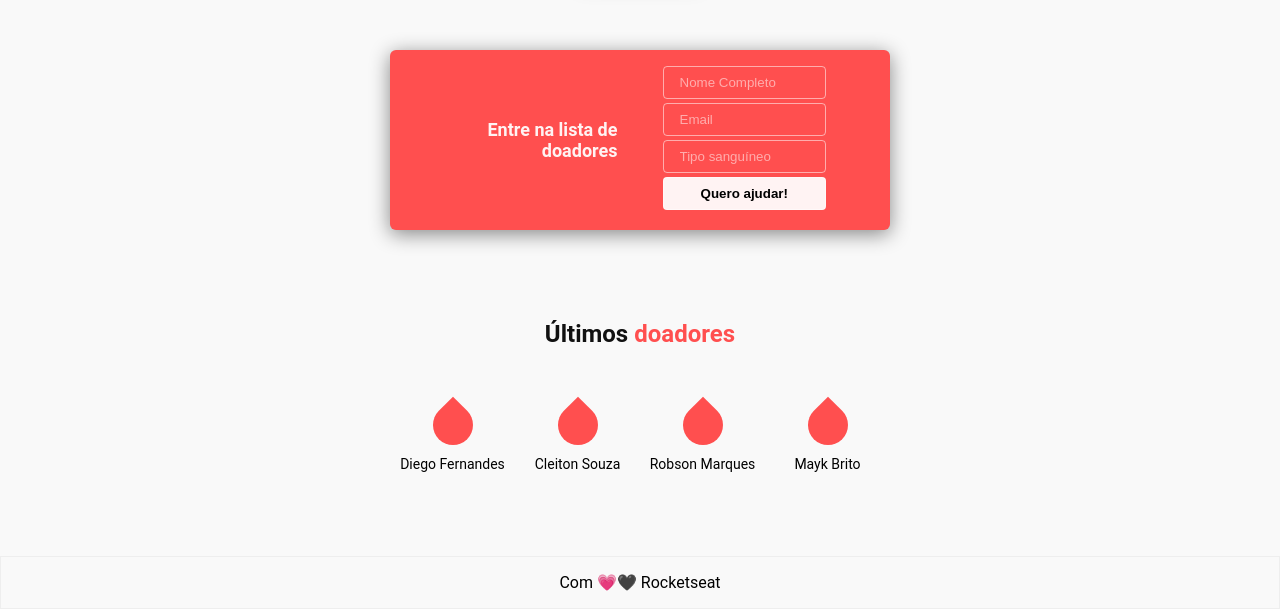
Repository: lucas-silva-dev/Doe
Page: index.html
The author's editor kept a copy of each file at every save. The page is drawn from the files as they stood at one save, then again after a run of saves.
The browser window is 1280 px wide. The pictures show the part of the page from y = 459 to 1068 px (the page is 1068 px tall).
A picture or video elsewhere on the page could not be fetched, so the positions and the page height are approximate. Some web fonts or font styles are not loaded; a fallback is used.

Above is the page before, as saved 2020-02-18 17:38:03.

### index.html
<!DOCTYPE html>
<!-- HTML
  HYPERTEXT
    Texto que contém links para outros documentos

  MARKUP
    Texto conterá marcações
    <tags>

  LANGUAGE
    Para comunicar de certa maneira. Sintaxe específica
-->
<html>

<head>
  <!-- são as configurações da minha página-->
  <title>Doe sangue! Doe vida!</title>

  <link rel="stylesheet" href="style.css">
  <link href="https://fonts.googleapis.com/css?family=Asap|Asap+Condensed&display=swap" rel="stylesheet">

</head>

<body>
  <!-- Aqui vem todo conteúdo visível para o usuário, dentro de certa página-->
  <header>
    <img class="logo" src="logo.png" alt="Imagem de DOE">
    <h2>A sua doação importa</h2>
    <p>Até 3 vidas com 1 doação</p>
    <p>Mais de 38.00 doações são necessárias todos os dias</p>
    <p>Apenas 1.9% da população brasileira, doa sangue</p>
    <button>Quero ajudar!</button>
  </header>

  <section class="form">
    <h2>Entre na lista de doadores</h2>
    <form action="/">
      <input type="text" name="name" placeholder="Nome Completo">
      <input type="text" name="email" placeholder="Email">
      <input type="text" name="blood" placeholder="Tipo sanguíneo">
      <button type="submit">Quero ajudar!</button>
    </form>
  </section>

  <main>
    <h2>Últimos <span>doadores</span></h2>

    <section class="donors">
      <div class="donor">
        <div class="blood">AB+</div>
        <p>Diego Fernandes</p>
      </div>
      <div class="donor">
        <div class="blood">B+</div>
        <p>Cleiton Souza</p>
      </div>
      <div class="donor">
        <div class="blood">A+</div>
        <p>Robson Marques</p>
      </div>
      <div class="donor">
        <div class="blood">O+</div>
        <p>Mayk Brito</p>
      </div>
    </section>
  </main>

  <footer> Com 💗🖤 Rocketseat</footer>
  <script src="scripts.js"></script>
</body>

</html>

### style.css
/*
  CASCADING STYLESHEET
*/

/* GLOBAL */
* {
  /* corrigindo comportamento padrão css */
  box-sizing: border-box;
}

html,
body {
  margin: 0;
  box-sizing: border-box;
}

body {
  display: flex;
  flex-direction: column;
  height: 100vh;

  font-family: "Roboto", sans-serif;
  background-color: #f9f9f9;
}

h1,
h2 {
  color: #000e;
}

/* TITULOS */
header h1,
main h2 {
  margin-bottom: 70px;
}

main h2 span {
  color: #ff4f4f;
}

.form h2 {
  text-align: right;
  color: #fffe;
  font-size: 18px;
}

/* ESTRUTURA */
header,
main,
footer {
  /* alinhamento de textos */
  text-align: center;
}

header,
.form,
main {
  /* espaçamentos com margin */
  margin: 0 auto 70px;

  /* limites dos elementos */
  width: 90%;
  max-width: 500px;
}

/* HEADER */

header button {
  margin-top: 16px;
  padding: 8px 16px;
  border-radius: 4px;
  border: none;

  background-color: #ff4f4f;
  color: #fff;
  font-weight: bold;
  box-shadow: 0px 4px 20px 0 #0004;
}

header button:active {
  background-color: #ff4f2f;
  padding: 12px 20px;
}

.logo {
  width: 120px;
  margin: 70px 0;
}

header p {
  font-size: 14px;
}

/* FORM */
section.form {
  display: grid;
  grid-template-columns: 1fr 1fr;
  align-items: center;
  gap: 45px;

  background-color: #ff4f4f;
  padding: 16px 64px;
  border-radius: 6px;
  box-shadow: 0px 4px 20px 0 #0007;
}

form input,
form button {
  /* largura */
  width: 100%;

  /* espaçamentos */
  margin-bottom: 4px;

  /* preenchimento */
  padding: 8px 16px;

  /* bordas */
  border-radius: 4px;
  border: 1px #fff8 solid;
}

form input {
  background-color: transparent;
  color: #fff;
}

form input::placeholder {
  color: #fff8;
}

form button {
  font-weight: bold;
  background-color: #fffe;
}

form button:active {
  background-color: #eee;
}

/* MAIN */
main .donors {
  display: grid;
  grid-template-columns: 1fr 1fr 1fr 1fr;
}

.blood {
  color: #ff4f4f;
  font-weight: bold;
  font-size: 12px;
  display: flex;
  align-items: center;
  justify-content: center;

  position: relative;
}

.blood::before {
  content: "";
  /* background-color: #ff4f4f11; */
  background-color: #ff4f4f;
  width: 40px;
  height: 40px;

  position: absolute;
  /*gotinha*/
  border-radius: 50%;
  border-top-right-radius: 0;
  transform: rotate(-45deg);
}

.donor p {
  margin-top: 24px;
  font-size: 14px;
}

/* footer*/
footer {
  margin-top: auto;
  padding: 16px;

  border: 1px solid #eee;
}

/* funcionalidades com javascript */

section.form {
  transition: all 400ms;
}

section.form.hide {
  opacity: 0;
  visibility: hidden;
  height: 0;
  margin-top: -70px;
}

### scripts.js
document.querySelector("header button").addEventListener("click", function() {
  document.querySelector(".form").classList.toggle("hide");
});

After the next 2 saves:
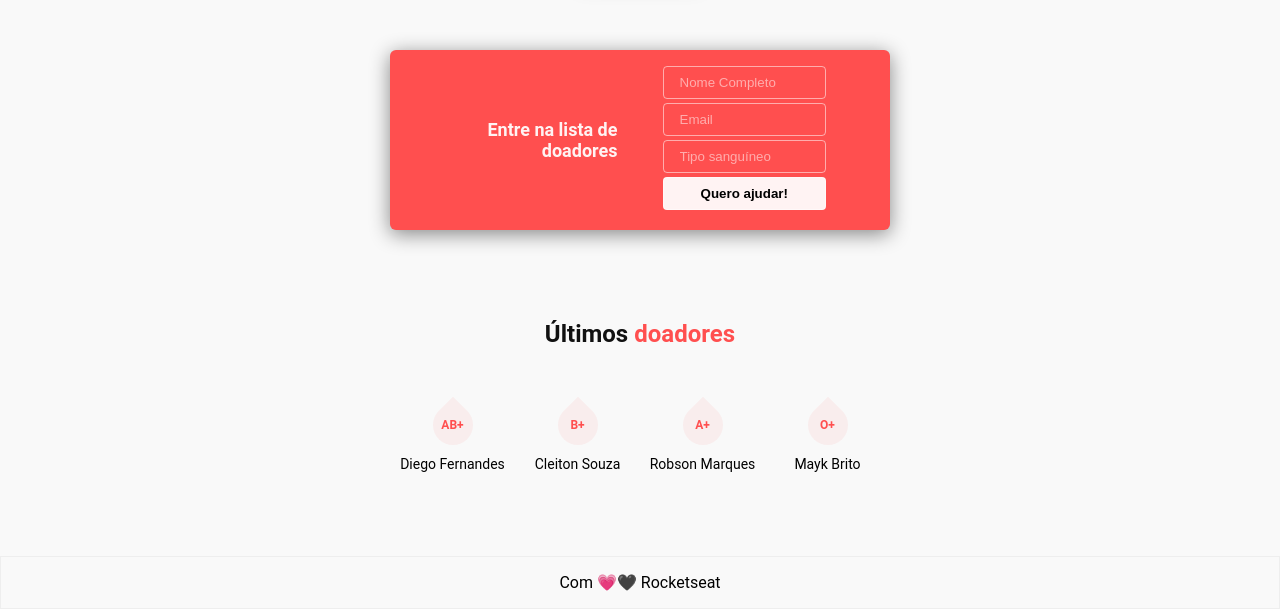
The 2 saves are shown as one change because they came seconds apart.
The last was saved 25 s later.
--- a/style.css
+++ b/style.css
@@ -157,8 +157,7 @@ main .donors {
 
 .blood::before {
   content: "";
-  /* background-color: #ff4f4f11; */
-  background-color: #ff4f4f;
+  background-color: #ff4f4f11;
   width: 40px;
   height: 40px;
 
